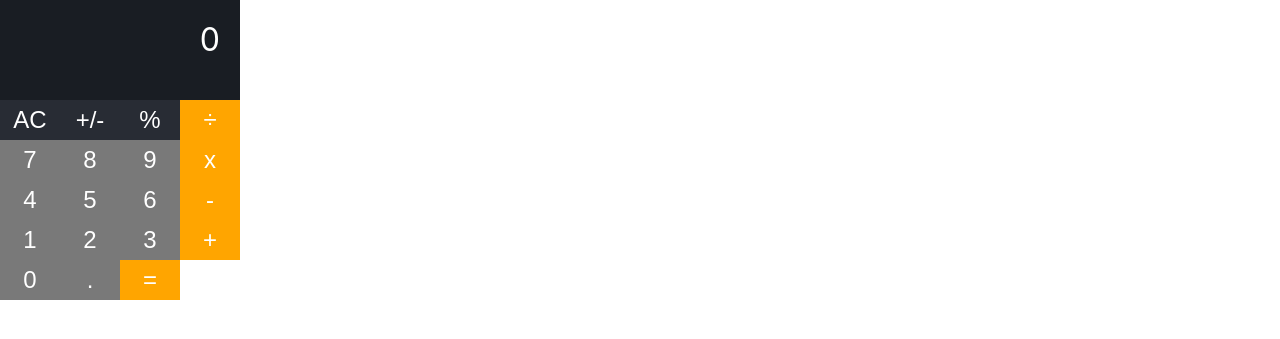
Repository: catsarenotreal/CalculatorWebApp
Page: /
These files come from the project's save history. The page is drawn as it stood at one moment and after a run of saves; the edit follows.
The browser window is 1280 px wide. The pictures show the whole page.
The project was rebuilt for these pictures with package versions that can differ from the ones it lists, and the page was loaded fresh each time.

Above is the page before, as saved 2024-08-23 10:27:46.

### src/App.tsx
import React from 'react';
// import logo from './logo.svg';
import { useState } from 'react';
import './App.css';

let stack : string[] = [];
var currNum : number = 0;

// const [display, setDisplay] = useState(0);

type Props = {
  val : string;
  colour : 'orange'|'darkgrey'|'lightgrey';
}

function refresh(){

}

// function calculation(op : string) { // when pressing operations, the prior evaluation is supposed to show

//   // var currNum : number;


//   let newNum : number = Number(stack.join());
//   stack.length = 0; // clearing stack

//   switch (op){ // er this is wrong
//     case "+":
//       currNum += newNum;
//       break;
//     case "-":
//       currNum -= newNum;
//       break;
//     case "÷":
//       if (newNum === 0) {
//         refresh(); // display not a number and refresh backend
//       }
//       currNum /= newNum;
//       break;
//     case "x":
//       currNum *= newNum;
//       break;
//   }


//   setDisplay(currNum);

// }

function DisplayScreen(props : Props){
  return <div className = "box">
    currNum;
  </div>
}

function Buttons(props : Props){

  const [display, setDisplay] = useState(0);

  const val = props.val;
  const colour = props.colour;

  function calculation(op : string) { // when pressing operations, the prior evaluation is supposed to show

    let newNum : number = Number(stack.join());
    stack.length = 0; // clearing stack

    switch (op){ // er this is wrong
      case "+":
        currNum += newNum;
        break;
      case "-":
        currNum -= newNum;
        break;
      case "÷":
        if (newNum === 0) {
          refresh(); // display not a number and refresh backend
        }
        currNum /= newNum;
        break;
      case "x":
        currNum *= newNum;
        break;
    }

    setDisplay(currNum);

  }


  function handleClick(props : Props){
    const val = props.val;

    if (val === "+" || val === "-" || val === "x" || val === "÷"){
      var output = calculation(val);
    }
    else{
      stack.push(val);
      let newNum : number = Number(stack.join());
      setDisplay(newNum);
    }
  }

  return <button className = {`Buttons ${colour}`} onClick = {() => handleClick(props)}>
    {val}
  </button>
}

export default function Calc() {
  return (
    <main>
      <div className = "row">
        <div className= "DisplayScreen">{currNum}</div>
      </div>
      <div className = "row">
        <Buttons val={'AC'} colour = 'darkgrey'/>
        <Buttons val={'+/-'} colour = 'darkgrey'/>
        <Buttons val={'%'} colour = 'darkgrey'/ >
        <Buttons val={'÷'} colour = 'orange' />
      </div>
      <div className = "row">
        <Buttons val={'7'} colour = 'lightgrey'/>
        <Buttons val={'8'} colour = 'lightgrey'/>
        <Buttons val={'9'} colour = 'lightgrey'/ >
        <Buttons val={'x'} colour = 'orange' />
      </div>
      <div className = "row">
        <Buttons val={'4'} colour = 'lightgrey'/>
        <Buttons val={'5'} colour = 'lightgrey'/>
        <Buttons val={'6'} colour = 'lightgrey'/ >
        <Buttons val={'-'} colour = 'orange' />
      </div>
      <div className = "row">
        <Buttons val={'1'} colour = 'lightgrey'/>
        <Buttons val={'2'} colour = 'lightgrey'/>
        <Buttons val={'3'} colour = 'lightgrey'/ >
        <Buttons val={'+'} colour = 'orange' />
      </div>
      <div className = "row">
        <Buttons val={'0'} colour = 'lightgrey'/>
        <Buttons val={'.'} colour = 'lightgrey'/>
        <Buttons val={'='} colour = 'orange'/>
      </div>
    </main>

  );
}

### src/App.css
.App {
  text-align: center;
}

.App-logo {
  height: 40vmin;
  pointer-events: none;
}


.App-header {
  background-color: #282c34;
  min-height: 100vh;
  display: flex;
  flex-direction: column;
  align-items: center;
  justify-content: center;
  font-size: calc(10px + 2vmin);
  color: white;
}

.App-link {
  color: #61dafb;
}


/* .DisplayScreen {
  background-color: rgb(24, 24, 24);
  text-align: right;
} */

.Buttons {
  text-align: center;
  box-shadow: none;
  outline: none;
  border: none;
  font-size: 1.5rem;
  color: white;
  height: 40px;
  width: 60px;
}

.Buttons.orange{
  background-color: orange;
}

.Buttons.lightgrey{
  background-color: #797979;
}

.Buttons.darkgrey{
  background-color:#282c34;
}

.DisplayScreen{
  width: 200px;
  height: 60px;
  padding:20px;
  /* font-size: 100;
   */
  font-size:xx-large;
  text-align: right;

  background-color: #191d23;
  color: white;
}





@keyframes App-logo-spin {
  from {
    transform: rotate(0deg);
  }
  to {
    transform: rotate(360deg);
  }
}

Loaded but not shown: public/index.html (common file); src/index.tsx (common file); src/index.css (common file); src/reportWebVitals.ts (common file)

After the next 2 saves:
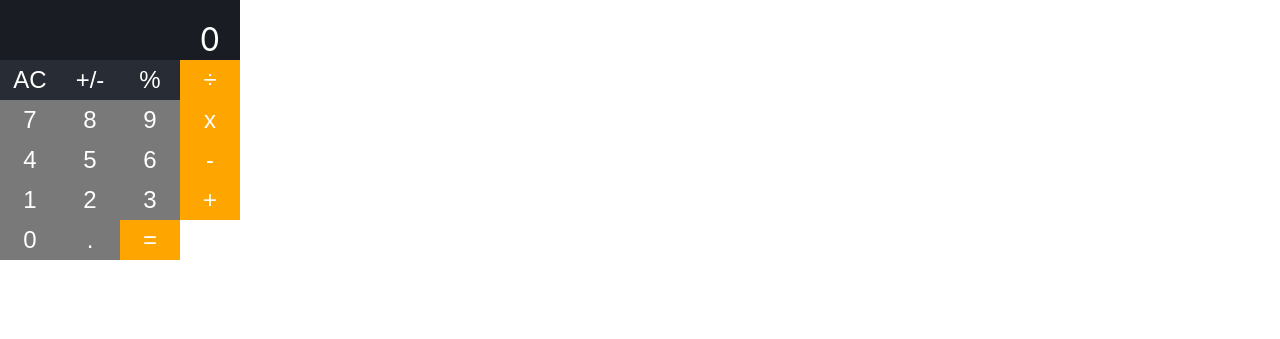
The 2 saves are shown as one change because they came seconds apart.
The last was saved 8 s later.
--- a/src/App.css
+++ b/src/App.css
@@ -54,7 +54,7 @@
 
 .DisplayScreen{
   width: 200px;
-  height: 60px;
+  height: 20px;
   padding:20px;
   /* font-size: 100;
    */
